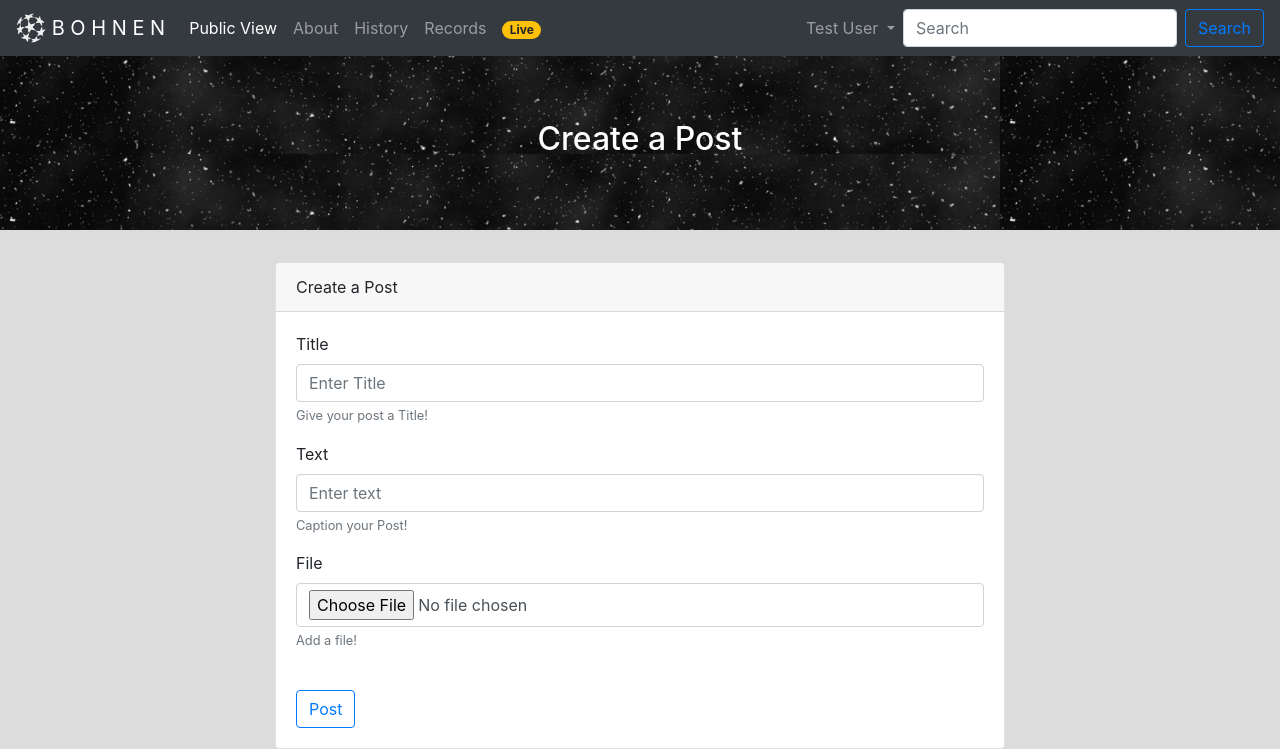
Repository: davidbohnen/BOHNEN
Page: http://localhost/post/create
These files come from the project's save history. The page is drawn as it stood at one moment and after the next save; the edit follows.
The browser window is 1280 px wide. The pictures show the whole page.
Some web libraries are served in a nearby version. The page is served by the project's Laravel application, run on PHP 8.4 with Laravel 8. A made-up administrator, Test User (test@example.com), is signed in.

Above is the page before, as saved 2020-05-12 13:31:18.

After the next save:
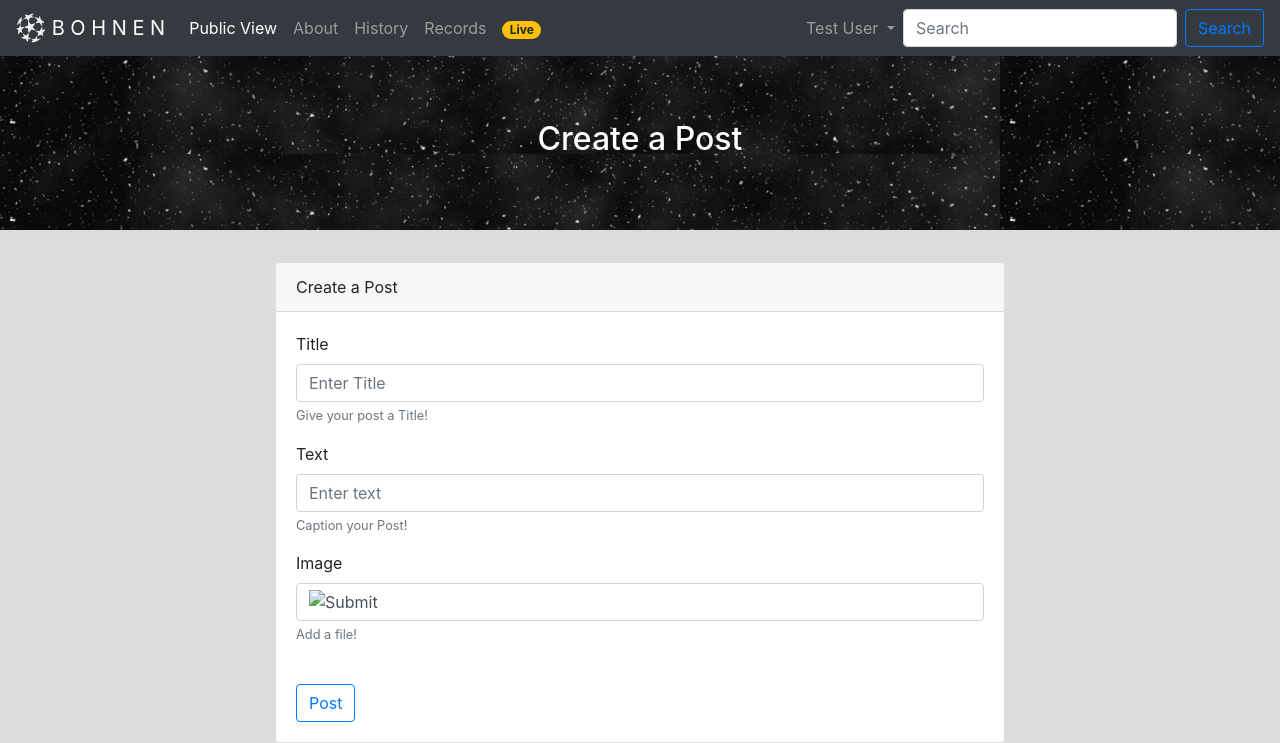
Saved 40 s later.
--- a/resources/views/post/create.blade.php
+++ b/resources/views/post/create.blade.php
@@ -50,9 +50,9 @@
 
 
                         <div class="form-group">
-                        <label for="file">File</label>
-                        <input name = "file" type="file" class="form-control" id="file" aria-describedby="fileHelp" placeholder="Add file">
-                        <small id="fileHelp" class="form-text text-muted">Add a file!</small>
+                        <label for="image">Image</label>
+                        <input name = "image" type="image" class="form-control" id="image" aria-describedby="imageHelp" placeholder="Add Image">
+                        <small id="imageHelp" class="form-text text-muted">Add a file!</small>
 
                         @error('text')
                                 <small class = "text-danger">{{$message}}</small>
